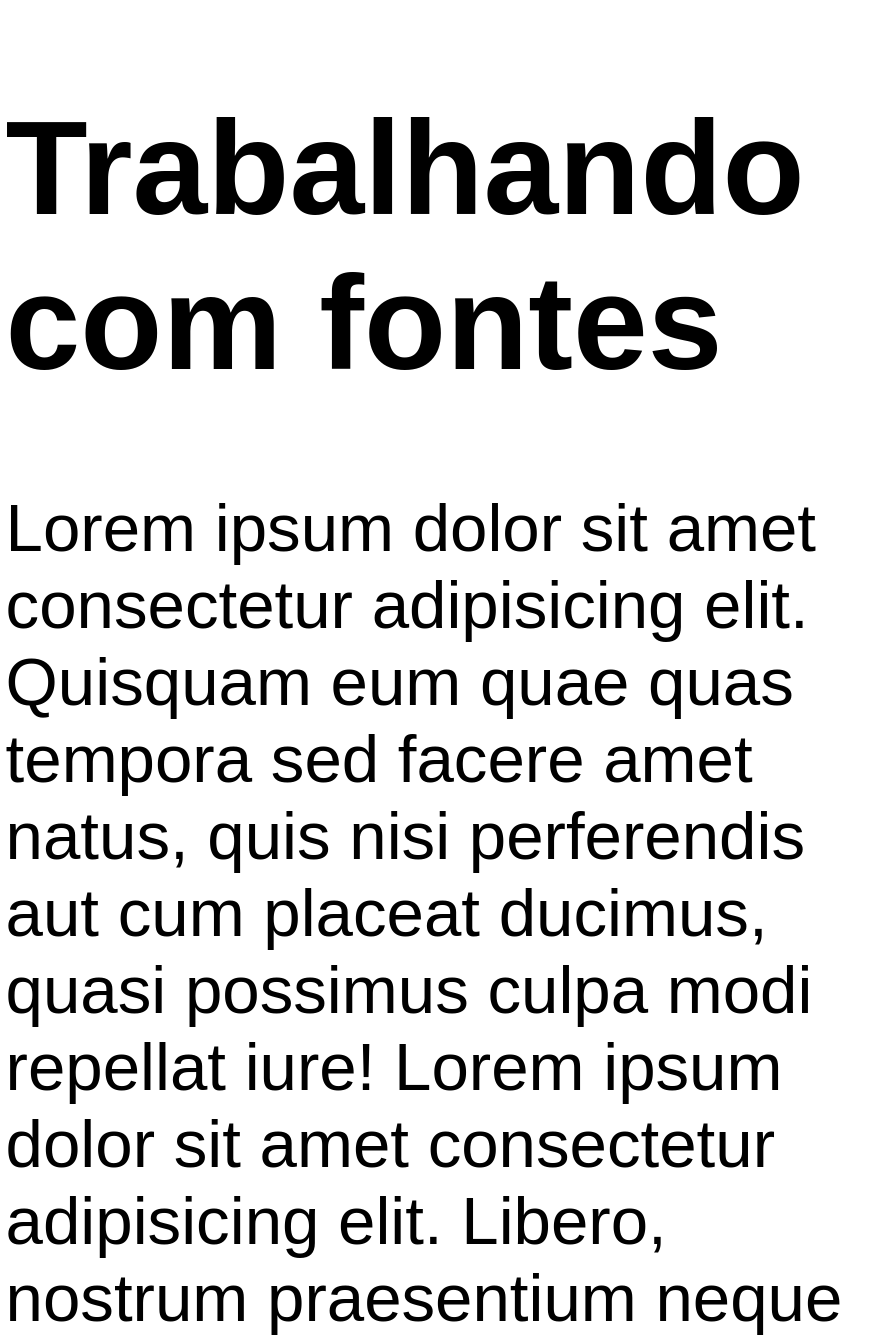
Repository: pheonix5/Estudo
Page: html-css/exercicios/ex017/fonte01.html
The author's editor kept a copy of each file at every save. The page is drawn from the files as they stood at one save, then again after the next save.
The browser window is 1280 px wide. The pictures show the part of the page from y = 0 to 1920 px (the page is 5312 px tall before and 1471 px after), at 70% of full size.

Above is the page before, as saved 2023-08-12 00:49:26.

After the next save:
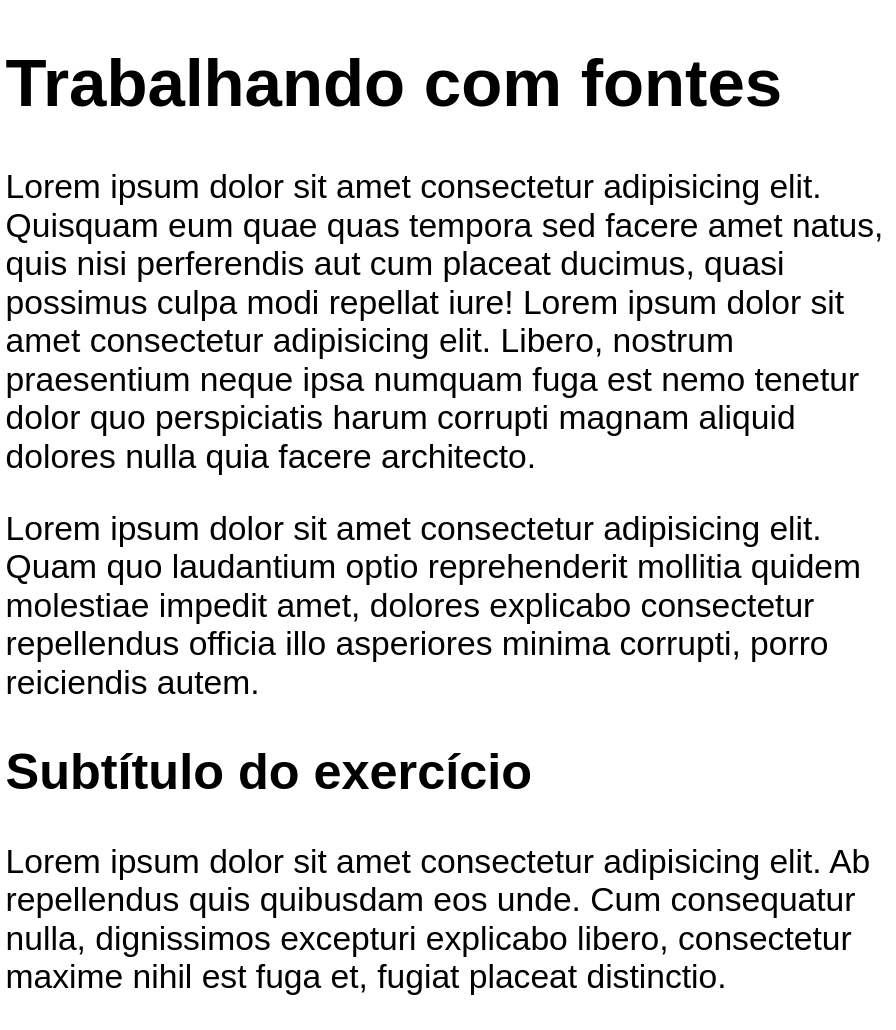
Saved 11 s later.
--- a/html-css/exercicios/ex017/fonte01.html
+++ b/html-css/exercicios/ex017/fonte01.html
@@ -15,7 +15,7 @@
         Medidas Relativas
         em, ex, rem, vw, vh, %
       */
-      font-size: 1in;
+      font-size: 0.5in;
     }
   </style>
 </head>
